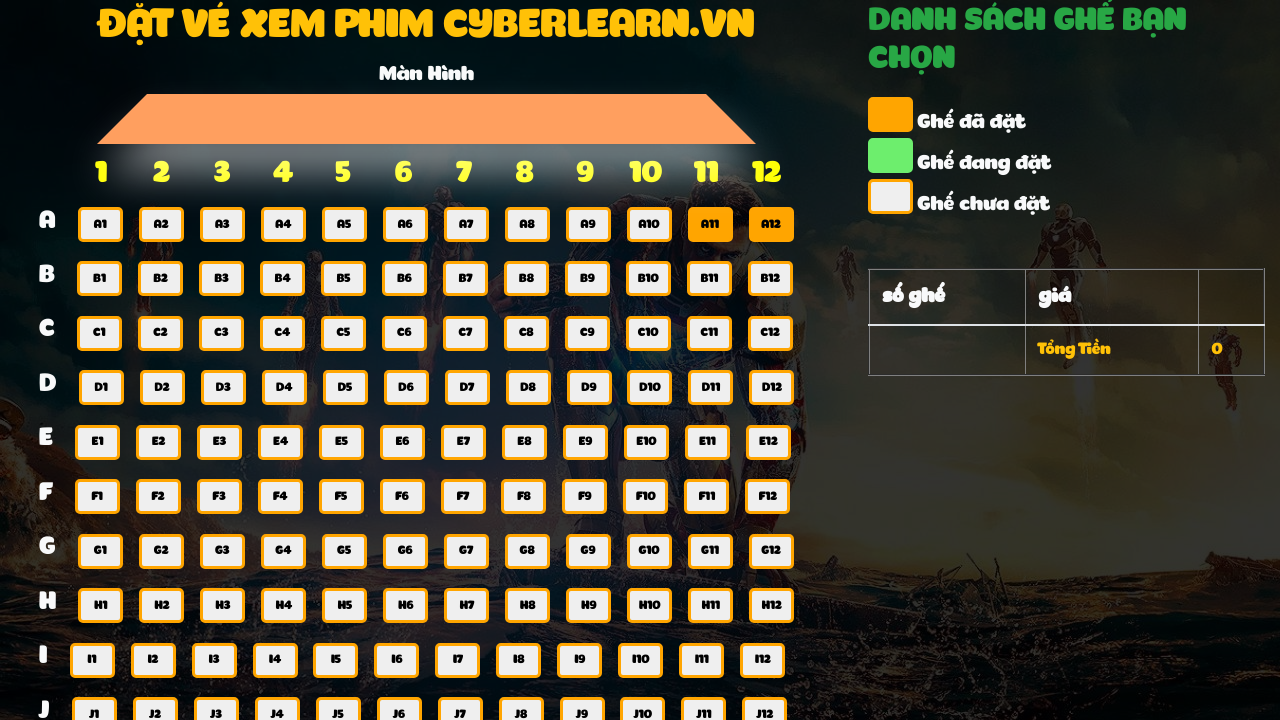
Repository: LeHieuSP/Baitapthukinh_LTH_FE70
Page: /
An editor plug-in stored every save of this project. The page is shown before and after the next save, followed by the edit.
The browser window is 1280 px wide. The pictures show the whole page.
The project was rebuilt for these pictures with package versions that can differ from the ones it lists, and the page was loaded fresh each time. Also part of the build but not shown: src/index.css, src/App.css.

Above is the page before, as saved 2022-03-09 14:25:23.

### public/index.html
<!DOCTYPE html>
<html lang="en">
  <head>
    <meta charset="utf-8" />
    <link rel="icon" href="%PUBLIC_URL%/favicon.ico" />
    <meta name="viewport" content="width=device-width, initial-scale=1" />
    <meta name="theme-color" content="#000000" />
    <meta
      name="description"
      content="Web site created using create-react-app"
    />
    <link rel="apple-touch-icon" href="%PUBLIC_URL%/logo192.png" />
    <!--
      manifest.json provides metadata used when your web app is installed on a
      user's mobile device or desktop. See https://developers.google.com/web/fundamentals/web-app-manifest/
    -->
    <link rel="manifest" href="%PUBLIC_URL%/manifest.json" />
    <!--
      Notice the use of %PUBLIC_URL% in the tags above.
      It will be replaced with the URL of the `public` folder during the build.
      Only files inside the `public` folder can be referenced from the HTML.

      Unlike "/favicon.ico" or "favicon.ico", "%PUBLIC_URL%/favicon.ico" will
      work correctly both with client-side routing and a non-root public URL.
      Learn how to configure a non-root public URL by running `npm run build`.
    -->
    <link rel="stylesheet" href="https://stackpath.bootstrapcdn.com/bootstrap/4.3.1/css/bootstrap.min.css" integrity="sha384-ggOyR0iXCbMQv3Xipma34MD+dH/1fQ784/j6cY/iJTQUOhcWr7x9JvoRxT2MZw1T" crossorigin="anonymous">

    <title>React App</title>
  </head>
  <body>
    <noscript>You need to enable JavaScript to run this app.</noscript>
    <div id="root"></div>
    <!--
      This HTML file is a template.
      If you open it directly in the browser, you will see an empty page.

      You can add webfonts, meta tags, or analytics to this file.
      The build step will place the bundled scripts into the <body> tag.

      To begin the development, run `npm start` or `yarn start`.
      To create a production bundle, use `npm run build` or `yarn build`.
    -->
    <script src="https://code.jquery.com/jquery-3.3.1.slim.min.js" integrity="sha384-q8i/X+965DzO0rT7abK41JStQIAqVgRVzpbzo5smXKp4YfRvH+8abtTE1Pi6jizo" crossorigin="anonymous"></script>
    <script src="https://cdnjs.cloudflare.com/ajax/libs/popper.js/1.14.7/umd/popper.min.js" integrity="sha384-UO2eT0CpHqdSJQ6hJty5KVphtPhzWj9WO1clHTMGa3JDZwrnQq4sF86dIHNDz0W1" crossorigin="anonymous"></script>
    <script src="https://stackpath.bootstrapcdn.com/bootstrap/4.3.1/js/bootstrap.min.js" integrity="sha384-JjSmVgyd0p3pXB1rRibZUAYoIIy6OrQ6VrjIEaFf/nJGzIxFDsf4x0xIM+B07jRM" crossorigin="anonymous"></script>




  </body>
</html>

### src/index.js
import React from 'react';
import ReactDOM from 'react-dom';
import './index.css';
import App from './App';
import reportWebVitals from './reportWebVitals';

import {Provider} from 'react-redux';
import {createStore} from 'redux';
import {rootReducer} from './redux/reducer/rootReducer';

const store = createStore(rootReducer);

ReactDOM.render(
  <Provider store={store}>

    <App />

  </Provider>,
  document.getElementById('root')
);

// If you want to start measuring performance in your app, pass a function
// to log results (for example: reportWebVitals(console.log))
// or send to an analytics endpoint. Learn more: https://bit.ly/CRA-vitals
reportWebVitals();

### src/App.js

import { Component } from 'react';
import './App.css';
import BaiTapBookingTicket from './BaiTapRedux/BaiTapBookingTicket/BaiTapBookingTicket';

export default class App extends Component {
  render() {
    return (
      <div>
        <BaiTapBookingTicket />
      </div>
    )
  }
}

### src/redux/reducer/rootReducer.js
import { combineReducers } from "redux";

//import (combineReducers)
import BaiTapDatVeReducer from './BaiTapDatVeReducer';
export const rootReducer = combineReducers ({
     BaiTapDatVeReducer, // state bài tập đặt vé
})


//export default rootReducer ;

### src/BaiTapRedux/BaiTapBookingTicket/BaiTapBookingTicket.js
import React, { Component, Fragment} from 'react'
import './BaiTapBookingTicket.css';
import ThongTinDatGhe from './ThongTinDatGhe';
import danhSachGheData from '../../data/danhSachGhe.json'
import HangGhe from './HangGhe';
export default class BaiTapBookingTicket extends Component {


  renderHangGhe = () => {
      return danhSachGheData.map((hangGhe,index) => {
        return <div key={index} >
              <HangGhe hangGhe={hangGhe} soHangGhe={index} />
        </div>
      })

  }




    render() {
    return (
      <div className="bookingMovie" style={{position:"fixed",width:'100%',height:'100%',
      backgroundImage:"url('./img/bookingTicket/bgmovie.jpg')"}}>
          <div style={{position:"fixed",width:'100%',height:'100%',backgroundColor:'rgba(0,0,0,0.8)'}}>
              <div className="container-fluid">
              <div className="row">
                <div className="col-8 text-center">
                    <div className="h1 text-warning mt-1">ĐẶT VÉ XEM PHIM CYBERLEARN.VN</div>
                    <div className="mt-2 text-light" style={{fontSize:'20px'}}>Màn Hình</div>
                    <div className="mt-1" style={{display:'flex', flexDirection:'row',justifyContent:'center'}}>

                    <div className="screen"></div>

                    </div>
                    {this.renderHangGhe()}
                </div>
                <div className="col-4 ">
                <div className="h2 text-success mt-1 ">DANH SÁCH GHẾ BẠN CHỌN</div>
                <ThongTinDatGhe />

                </div>
              </div>
              </div>
              </div>
      </div>
    )
  }
}

### src/redux/reducer/BaiTapDatVeReducer.js
import { DAT_GHE, HUY_GHE } from "../types/BaiTapDatVeType";

const stateDefault = {
  danhSachGheDangDat: [

  ],
};

const BaiTapDatVeReducer = (state = stateDefault, action) => {
  switch (action.type) {
    case DAT_GHE: {
      let danhSachGheDangDatUpdate = [...state.danhSachGheDangDat];
      let index = danhSachGheDangDatUpdate.findIndex(
        (gheDangDat) => gheDangDat.soGhe === action.ghe.soGhe
      );
      if (index !== -1) {//khi người dùng click ghế đang đặt đã có trong mảng => remove đi
        danhSachGheDangDatUpdate.splice(index, 1);
      } else {//khi người dùng click ghế đang đặt chưa có trong mảng => push vào
          danhSachGheDangDatUpdate.push(action.ghe)
      }
      // cập nhật lại state => giao diện render lại
      state.danhSachGheDangDat = danhSachGheDangDatUpdate;

      return { ...state };
    }
    case HUY_GHE : {
      let danhSachGheDangDatUpdate = [...state.danhSachGheDangDat];
      let index = danhSachGheDangDatUpdate.findIndex(
        (gheDangDat) => gheDangDat.soGhe === action.soGhe
      );
      if (index !== -1) {//khi người dùng click ghế đang đặt đã có trong mảng => remove đi
        danhSachGheDangDatUpdate.splice(index, 1);
      }
      state.danhSachGheDangDat = danhSachGheDangDatUpdate;
      return {...state};
    }
    default:
      return { ...state };
  }
};

export default BaiTapDatVeReducer;

### src/BaiTapRedux/BaiTapBookingTicket/BaiTapBookingTicket.css
@font-face {
  font-family: "fontGame";
  src: url("/src/./font/Pony.ttf");
}

.bookingMovie {
  font-family: "fontGame";
}

.ghe {
  border: 3px solid orange;
  width: 45px;
  height: 35px;
  font-size: 12px;
  margin-left: 2%;
  margin-bottom: 1%;
  border-radius: 5px;
}

.rowNumber {
  /* font-size: 25px; */
  width: 45px;
  height: 35px;
  background: none;
  border: none;
  margin-left: 2%;
  margin-bottom: 1%;
  font-size: 30px;
  color: yellow;
}
.firstChar {
  color: yellow;
  font-size: 35px;
  margin-right: 15px;
}

.screen {
  border-bottom: 50px solid rgb(255, 159, 95);
  border-left: 50px solid transparent;
  border-right: 50px solid transparent;
  height: 100;
  width: 80%;
  filter: drop-shadow(4px 30px 20px rgba(255, 255, 255, 0.5));
  font-size: 25px;
  color: #fff;
}

.gheDuocChon {
  border: 3px solid orange;

  background: orange;
  color: #000;

  cursor: no-drop !important;
  border-radius: 5px;
  width: 45px;
  height: 35px;
}

.gheDangChon {
  background: rgb(109, 238, 109);
  border: 3px solid rgb(109, 238, 109);
  color: #000;

  cursor: pointer;
  border-radius: 5px;
  width: 45px;
  height: 35px;
}

### src/BaiTapRedux/BaiTapBookingTicket/ThongTinDatGhe.js
import React, { Component } from "react";
import {connect} from 'react-redux';
import { huyGheAction } from "../../redux/actions/BaiTapDatVeAction";


 class ThongTinDatGhe extends Component {
  render() {
    return (
      <div>
        <div className="mt-3">
          <button className="gheDuocChon"></button>{" "}
          <span className="text-light" style={{ fontSize: "20px" }}>
            Ghế đã đặt
          </span>{" "}
          <br />
          <button className="gheDangChon"></button>{" "}
          <span className="text-light" style={{ fontSize: "20px" }}>
            Ghế đang đặt
          </span>{" "}
          <br />
          <button className="ghe" style={{ marginLeft: "0" }}></button>{" "}
          <span className="text-light" style={{ fontSize: "20px" }}>
            Ghế chưa đặt
          </span>
        </div>

        <div className="mt-5">
          <table className="table" border="2">
            <thead>
              <tr className="text-light" style={{fontSize:'20px'}}>
                <th>số ghế</th>
                <th>giá</th>
                <th></th>

              </tr>
            </thead>
            <tbody className="text-warning">
            {this.props.danhSachGheDangDat.map((gheDangDat,index)=>{
              return <tr key={index}>
                        <td>{gheDangDat.soGhe}</td>
                        <td>{gheDangDat.gia.toLocaleString()}</td>
                        <td><button onClick={()=>{
                          this.props.dispatch(huyGheAction(gheDangDat.soGhe))
                        }}> Huỷ </button></td>

              </tr>
            })}

            </tbody>
            <tfoot>
              <tr className="text-warning">
                <td></td>
                <td>Tổng Tiền</td>
            <td>{this.props.danhSachGheDangDat.reduce((tongTien,gheDangDat,index)=>{
                  return tongTien+=gheDangDat.gia;
            },0).toLocaleString()}</td>

              </tr>
            </tfoot>
          </table>
        </div>
      </div>
    );
  }
}


const mapStateToProps = state => {
  return {
    danhSachGheDangDat: state.BaiTapDatVeReducer.danhSachGheDangDat,
  }
}

export default connect(mapStateToProps) (ThongTinDatGhe);

### src/BaiTapRedux/BaiTapBookingTicket/HangGhe.js
import React, { Component } from 'react'
import {connect} from 'react-redux';
import { datGheAction } from '../../redux/actions/BaiTapDatVeAction';
 class HangGhe extends Component {


  renderGhe = () => {
    return this.props.hangGhe.danhSachGhe.map((ghe,index) => {

      let cssGheDaDat = '';
      let disabled = false;
      // trạng thái đã có người khác đặt
      if (ghe.daDat) {
        cssGheDaDat = 'gheDuocChon';
        disabled = true;
      }

      // xét trạng thái ghế đang đặt
      let cssGheDangDat = '';
      let indexGheDangDat = this.props.danhSachGheDangDat.findIndex(gheDangDat=>gheDangDat.soGhe === ghe.soGhe);
      if (indexGheDangDat !== -1) {
        cssGheDangDat = 'gheDangChon'
      }


      return <button onClick={() =>{
          this.props.datGhe(ghe)
      }} disabled={disabled} className={`ghe ${cssGheDaDat} ${cssGheDangDat}`} key={index}>
          {ghe.soGhe}
      </button>
    })
  }


  renderSoHang = () => {
    return this.props.hangGhe.danhSachGhe.map((hang, index)=>{
      return <button className="rowNumber">
        {hang.soGhe}
        </button>
    })
  }



  renderHangGhe = () => {
    if (this.props.soHangGhe === 0) {
      return <div className="ml-4">
         {this.props.hangGhe.hang} {this.renderSoHang()}
      </div>
    } else {
      return <div>
      {this.props.hangGhe.hang} {this.renderGhe()}
      </div>
    }

  }


  render() {
    return (
      <div className="text-light text-left ml-4 mt-2" style={{fontSize:25}}>
        {this.renderHangGhe()}
      </div>
    )
  }
}


const mapStateToProps = state => {
  return {
    danhSachGheDangDat: state.BaiTapDatVeReducer.danhSachGheDangDat
  }
}


const mapDispatchToProps = (Dispatch) => {
  return {
    datGhe: (ghe) => {
      Dispatch(datGheAction(ghe))
    }
  }
}

export default connect (mapStateToProps,mapDispatchToProps)(HangGhe);

### src/redux/types/BaiTapDatVeType.js
export const DAT_GHE = 'DAT_GHE';
export const HUY_GHE = 'HUY_GHE';

### src/redux/actions/BaiTapDatVeAction.js
import {DAT_GHE, HUY_GHE } from "../types/BaiTapDatVeType"




export const datGheAction = (ghe) => {
    return {
        type:DAT_GHE,
        ghe
      }
}

export const huyGheAction = (soGhe) => {
    return {
        type:HUY_GHE,
        soGhe
    }

}

Loaded but not shown: src/reportWebVitals.js (common file); src/data/danhSachGhe.json (common file)

After the next save:
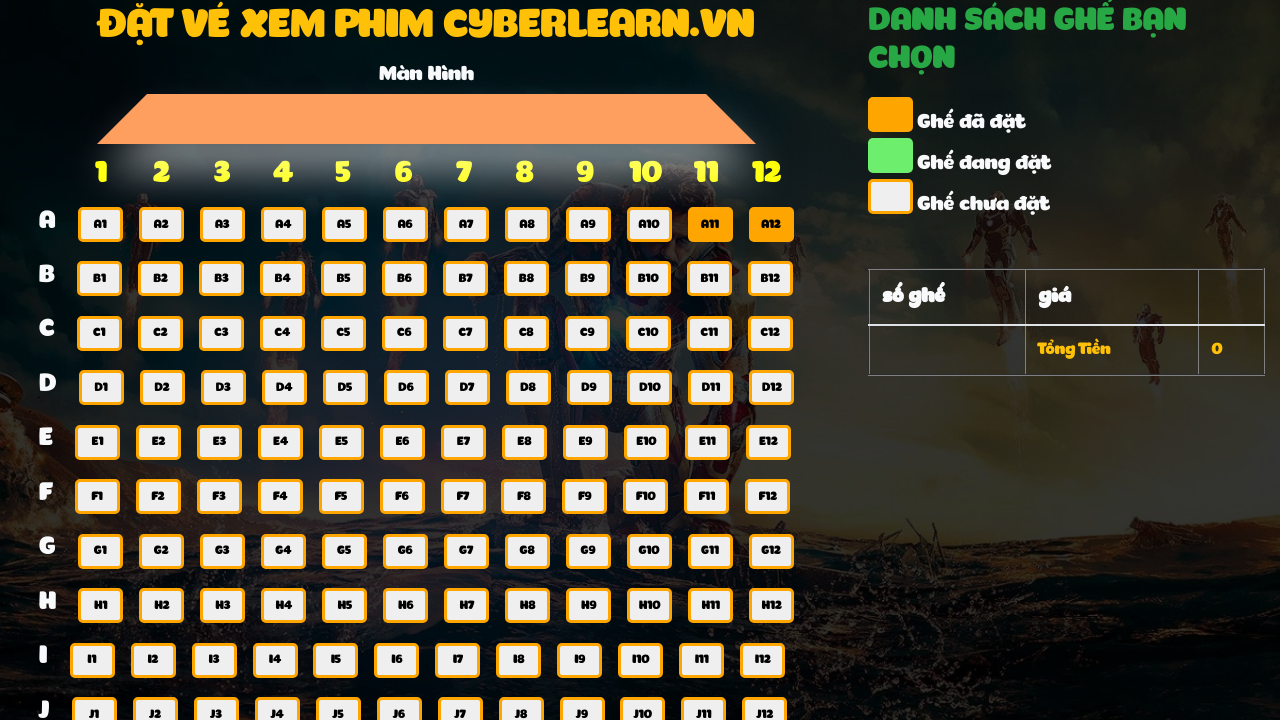
Saved 3 min 10 s later.
--- a/src/BaiTapRedux/BaiTapBookingTicket/BaiTapBookingTicket.js
+++ b/src/BaiTapRedux/BaiTapBookingTicket/BaiTapBookingTicket.js
@@ -21,7 +21,7 @@
     render() {
     return (
       <div className="bookingMovie" style={{position:"fixed",width:'100%',height:'100%',
-      backgroundImage:"url('./img/bookingTicket/bgmovie.jpg')"}}>
+      backgroundImage:"url('./img/bookingTicket/bgmovie.jpg')",backgroundSize:'cover'}}>
           <div style={{position:"fixed",width:'100%',height:'100%',backgroundColor:'rgba(0,0,0,0.8)'}}>
               <div className="container-fluid">
               <div className="row">
